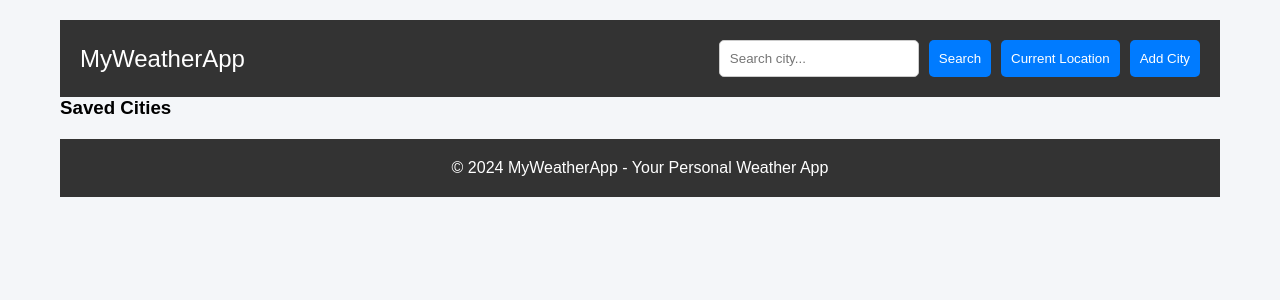
Repository: Rayyy-dev/My-weather-App
Page: /
The author's editor kept a copy of each file at every save. The page is drawn from the files as they stood at one save, then again after the next save.
The browser window is 1280 px wide. The pictures show the whole page.
The page's requests for data from a server got no answer. The project was rebuilt for these pictures with package versions that can differ from the ones it lists, and the page was loaded fresh each time. No one was signed in, and anything a server would have sent is missing.

Above is the page before, as saved 2024-10-16 02:37:12.

After the next save:
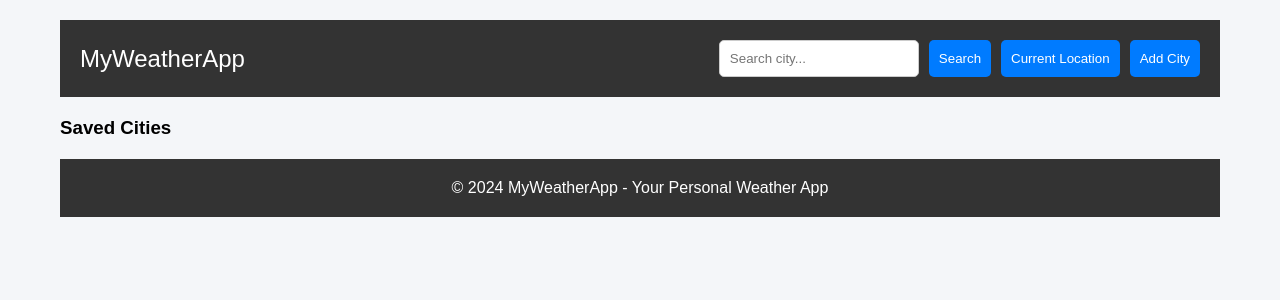
Saved 9 s later.
--- a/src/App.css
+++ b/src/App.css
@@ -74,6 +74,21 @@ button:hover {
   background-color: #f0f0f0;
 }
 
+/* Saved Cities */
+.saved-cities {
+  margin: 20px 0;
+}
+
+.saved-cities button {
+  background-color: #28a745;
+  margin: 0 5px;
+  color: white;
+}
+
+.saved-cities button:hover {
+  background-color: #218838;
+}
+
 /* Main Sections */
 main {
   margin-top: 20px;
